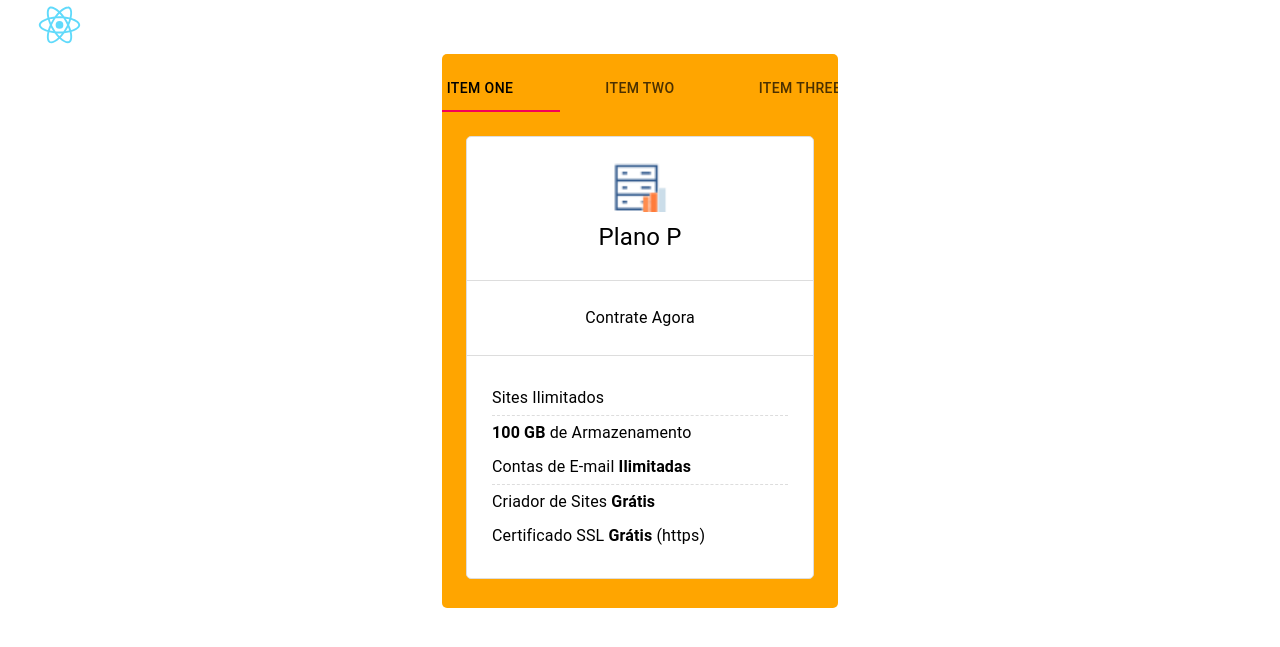
Repository: gatomazi/hostgatorFrontend
Page: /
An editor plug-in stored every save of this project. The page is shown before and after the next save, followed by the edit.
The browser window is 1280 px wide. The pictures show the whole page.
The project was rebuilt for these pictures with package versions that can differ from the ones it lists, and the page was loaded fresh each time.

Above is the page before, as saved 2020-01-24 12:21:58.

### src/App.js
import React from "react";

import "./App.css";
import Topbar from "./components/Topbar";
import Plano from "./components/Plano";
function App() {
  return (
    <div className="App">
      <Topbar />
      <Plano />
    </div>
  );
}

export default App;

### src/components/Topbar.js
import React from "react";

import logo from "../logo.svg";
// import { Link } from "react-router-dom";

import { makeStyles } from "@material-ui/core/styles";
import Grid from "@material-ui/core/Grid";
import Container from "@material-ui/core/Container";

const useStyles = makeStyles(theme => ({
  root: {
    flexGrow: 1
  }
}));

const Topbar = () => {
  const classes = useStyles();
  return (
    <div className={classes.root}>
      <Container maxWidth="lg">
        <Grid item xs={12} style={{ textAlign: "left" }}>
          <img
            style={{ height: 50 }}
            src={logo}
            className="Navbar-logo"
            alt="logo"
          />
        </Grid>
      </Container>
    </div>
  );
};

export default Topbar;

### src/components/Plano.js
import React from "react";
import "./Plano.scss";
import PropTypes from "prop-types";

import Grid from "@material-ui/core/Grid";
import Container from "@material-ui/core/Container";
import Tabs from "@material-ui/core/Tabs";
import Tab from "@material-ui/core/Tab";
import Typography from "@material-ui/core/Typography";
import Box from "@material-ui/core/Box";

import PlanoCard from "./PlanoCard";

function TabPanel(props) {
  const { children, value, index, ...other } = props;

  return (
    <Typography
      component="div"
      role="tabpanel"
      hidden={value !== index}
      id={`simple-tabpanel-${index}`}
      aria-labelledby={`simple-tab-${index}`}
      {...other}
    >
      {value === index && <Box p={3}>{children}</Box>}
    </Typography>
  );
}

TabPanel.propTypes = {
  children: PropTypes.node,
  index: PropTypes.any.isRequired,
  value: PropTypes.any.isRequired
};
var mock = {
  shared: {
    products: {
      planoP: {
        name: "Plano P",
        id: 5,
        cycle: {
          monthly: {
            priceRenew: "24.19",
            priceOrder: "24.19",
            months: 1
          },
          semiannually: {
            priceRenew: "128.34",
            priceOrder: "128.34",
            months: 6
          },
          biennially: {
            priceRenew: "393.36",
            priceOrder: "393.36",
            months: 24
          },
          triennially: {
            priceRenew: "561.13",
            priceOrder: "561.13",
            months: 36
          },
          quarterly: {
            priceRenew: "67.17",
            priceOrder: "67.17",
            months: 3
          },
          annually: {
            priceRenew: "220.66",
            priceOrder: "220.66",
            months: 12
          }
        }
      },
      planoM: {
        name: "Plano M",
        id: 6,
        cycle: {
          monthly: {
            priceRenew: "29.69",
            priceOrder: "29.69",
            months: 1
          },
          semiannually: {
            priceRenew: "159.54",
            priceOrder: "159.54",
            months: 6
          },
          biennially: {
            priceRenew: "532.56",
            priceOrder: "532.56",
            months: 24
          },
          triennially: {
            priceRenew: "764.22",
            priceOrder: "764.22",
            months: 36
          },
          quarterly: {
            priceRenew: "82.77",
            priceOrder: "82.77",
            months: 3
          },
          annually: {
            priceRenew: "286.66",
            priceOrder: "286.66",
            months: 12
          }
        }
      },
      planoTurbo: {
        name: "Plano Turbo",
        id: 335,
        cycle: {
          monthly: {
            priceRenew: "44.99",
            priceOrder: "44.99",
            months: 1
          },
          semiannually: {
            priceRenew: "257.94",
            priceOrder: "257.94",
            months: 6
          },
          biennially: {
            priceRenew: "983.76",
            priceOrder: "983.76",
            months: 24
          },
          triennially: {
            priceRenew: "1439.64",
            priceOrder: "1439.64",
            months: 36
          },
          quarterly: {
            priceRenew: "131.97",
            priceOrder: "131.97",
            months: 3
          },
          annually: {
            priceRenew: "503.88",
            priceOrder: "503.88",
            months: 12
          }
        }
      }
    }
  }
};
const Plano = () => {
  const [value, setValue] = React.useState(0);

  const handleChange = (event, newValue) => {
    setValue(newValue);
  };

  const a11yProps = index => {
    return {
      id: `simple-tab-${index}`,
      "aria-controls": `simple-tabpanel-${index}`
    };
  };

  var plans;
  plans = Object.keys(mock.shared.products).map((namePlan, index) => (
    <TabPanel value={value} index={index}>
      <PlanoCard key={index} plan={mock.shared.products[namePlan]} />
    </TabPanel>
  ));

  return (
    <div className="root">
      <Container maxWidth="xs">
        <Grid className="orangePlanBg" item xs={12}>
          <Tabs
            value={value}
            onChange={handleChange}
            aria-label="simple tabs example"
            centered
          >
            <Tab label="Item One" {...a11yProps(0)} />
            <Tab label="Item Two" {...a11yProps(1)} />
            <Tab label="Item Three" {...a11yProps(2)} />
          </Tabs>
          {plans}
        </Grid>
      </Container>
    </div>
  );
};

export default Plano;

### src/components/Plano.scss
.root {
  flex-grow: 1;
}
.orangePlanBg {
  background-color: orange;
  padding-bottom: 5px;
  padding-top: 10px;
  border-radius: 5px;
}

### src/components/PlanoCard.js
import React from "react";
import "./PlanoCard.scss";

import iconPlan from "../assets/icon.png";

const PlanoCard = ({ plan }) => {
  return (
    <div className="planCard">
      <div>
        <img
          style={{ height: 50 }}
          src={iconPlan}
          className="Navbar-logo"
          alt="logo"
        />
        <span>{plan["name"]}</span>
      </div>
      <div className="insideDivisor">Contrate Agora</div>
      <div style={{ textAlign: "left" }}>
        <span>Sites Ilimitados</span>
        <span>
          <b>100 GB</b> de Armazenamento
        </span>
        <span>
          Contas de E-mail <b>Ilimitadas</b>
        </span>
        <span>
          Criador de Sites <b>Grátis</b>
        </span>
        <span>
          Certificado SSL <b>Grátis</b> (https)
        </span>
      </div>
    </div>
  );
};

export default PlanoCard;

### src/components/PlanoCard.scss
.planCard {
  background-color: #fff;
  border: 1px solid #ddd;
  border-radius: 5px;
  div {
    padding: 25px;
    span {
      display: block;
    }
    &:first-child {
      span {
        font-size: 24px;
      }
    }
    &:last-child {
      span {
        padding: 5px 0px;
        &:first-child,
        &:nth-child(3) {
          border-bottom: dashed 0.8px #ddd;
        }
      }
    }
  }
}

.insideDivisor {
  border-bottom: 0.5px;
  border-bottom-color: #ddd;
  border-bottom-style: solid;
  /* border-bottom: 0.5; */
  border-top: 0.5px;
  border-top-color: #ddd;
  border-top-style: solid;
  /* border-top: 0.5; */
}

Loaded but not shown: public/index.html (common file); src/index.js (common file); src/index.css (common file); src/serviceWorker.js (common file); src/App.css (common file)

After the next save:
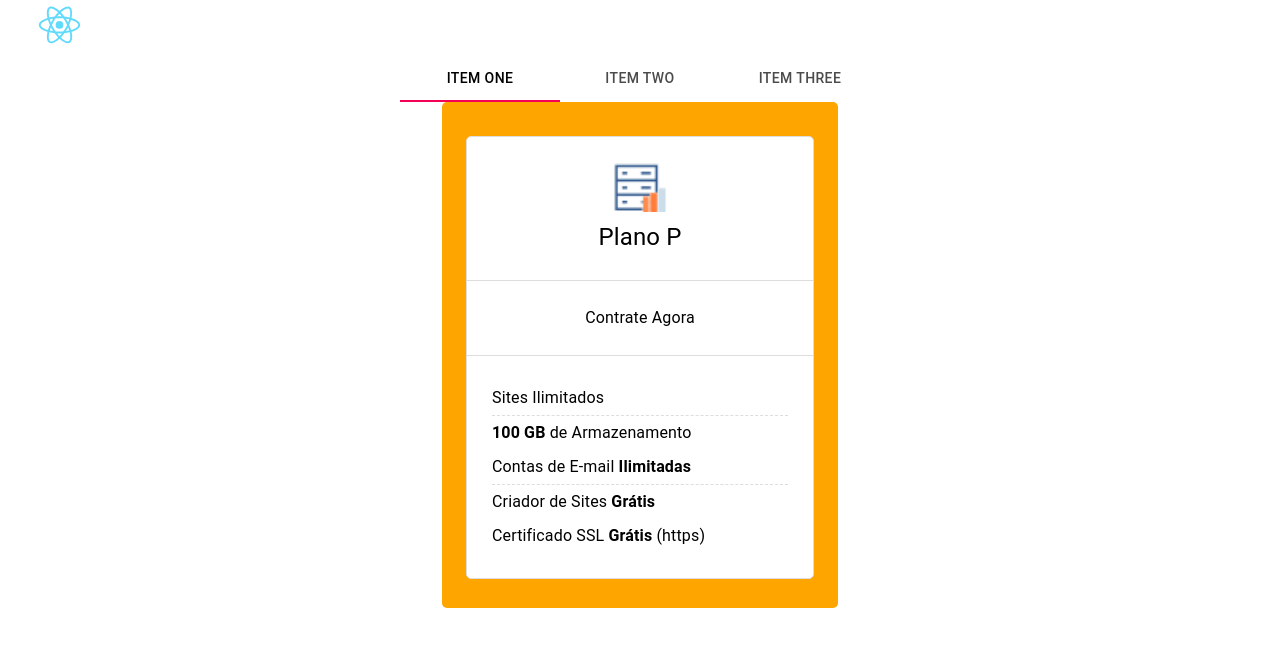
Saved 2 min 14 s later.
--- a/src/components/Plano.js
+++ b/src/components/Plano.js
@@ -170,18 +170,18 @@ const Plano = () => {
 
   return (
     <div className="root">
+      <Tabs
+        value={value}
+        onChange={handleChange}
+        aria-label="simple tabs example"
+        centered
+      >
+        <Tab label="Item One" {...a11yProps(0)} />
+        <Tab label="Item Two" {...a11yProps(1)} />
+        <Tab label="Item Three" {...a11yProps(2)} />
+      </Tabs>
       <Container maxWidth="xs">
         <Grid className="orangePlanBg" item xs={12}>
-          <Tabs
-            value={value}
-            onChange={handleChange}
-            aria-label="simple tabs example"
-            centered
-          >
-            <Tab label="Item One" {...a11yProps(0)} />
-            <Tab label="Item Two" {...a11yProps(1)} />
-            <Tab label="Item Three" {...a11yProps(2)} />
-          </Tabs>
           {plans}
         </Grid>
       </Container>
